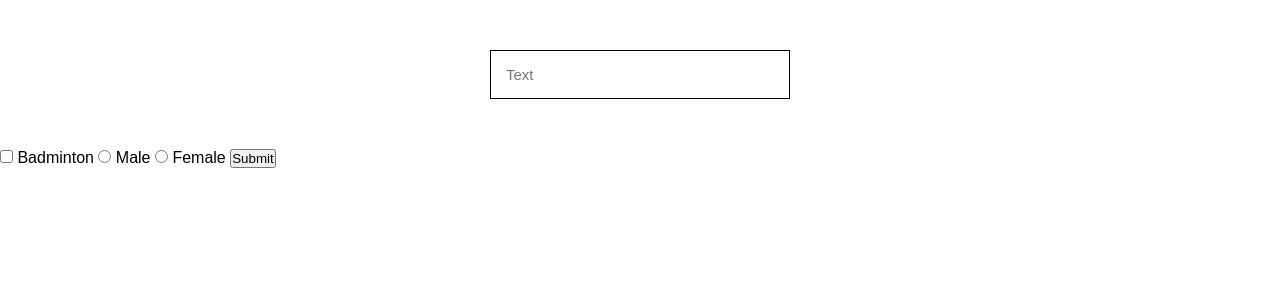
Repository: codysun1912/Javascript-coures
Page: index.html
An editor plug-in stored every save of this project. The page is shown before and after the next save, followed by the edit.
The browser window is 1280 px wide. The pictures show the whole page.

Above is the page before, as saved 2022-02-28 18:30:48.

After the next save:
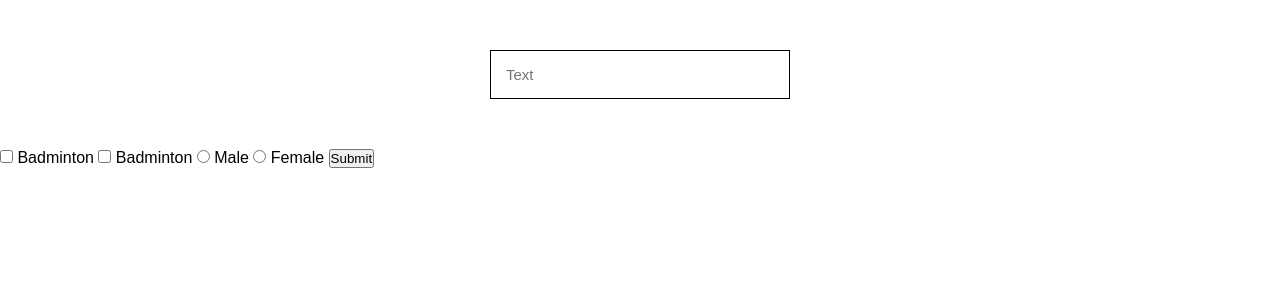
Saved 39 s later.
--- a/index.html
+++ b/index.html
@@ -12,6 +12,7 @@
     <form class="form form-login">
         <input type="text" class="input" name = "name" placeholder="Text">
         <input type="checkbox" class="hobby"id="" value = "badminton"> Badminton
+        <input type="checkbox" class="hobby"id="" value = "football"> Badminton
         <input type="radio" class="gender" id="" value = " male"> Male
         <input type="radio" class="gender" id="" value = " female"> Female
         <button type="submit">Submit</button>
